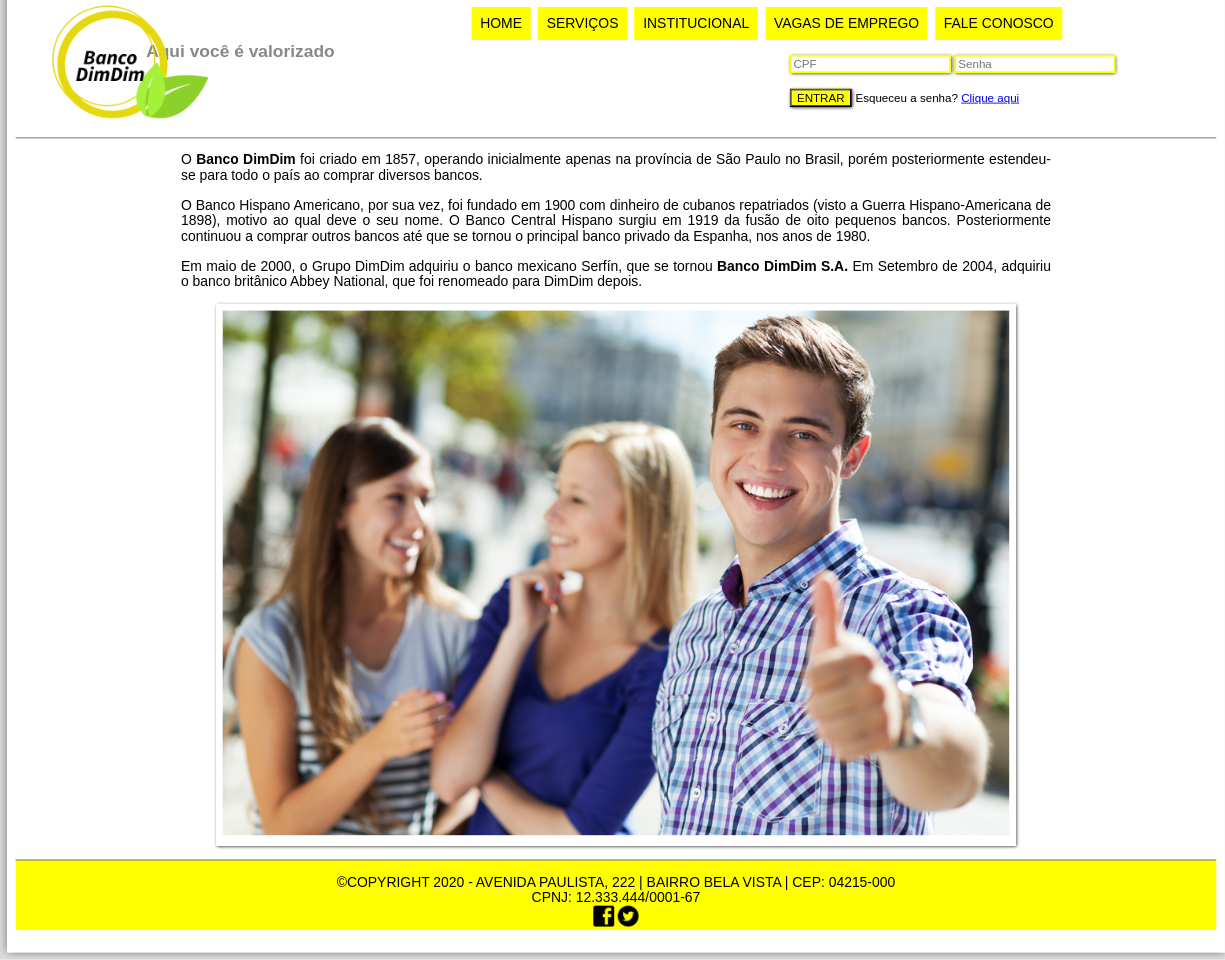
Repository: marceloShibuya/DevOps
Page: http://localhost/Nac_DevOPS/
The author's editor kept a copy of each file at every save. The page is drawn from the files as they stood at one save, then again after the next save.
The browser window is 1280 px wide. The page is 1408 px wide, so the pictures cover 1408 px, including what lies to the right of the window. The pictures show the whole page, at 87% of full size.
Some web fonts or font styles are not loaded; a fallback is used. The page is served by Tomcat 9.

Above is the page before, as saved 2020-02-24 21:39:24.

After the next save:
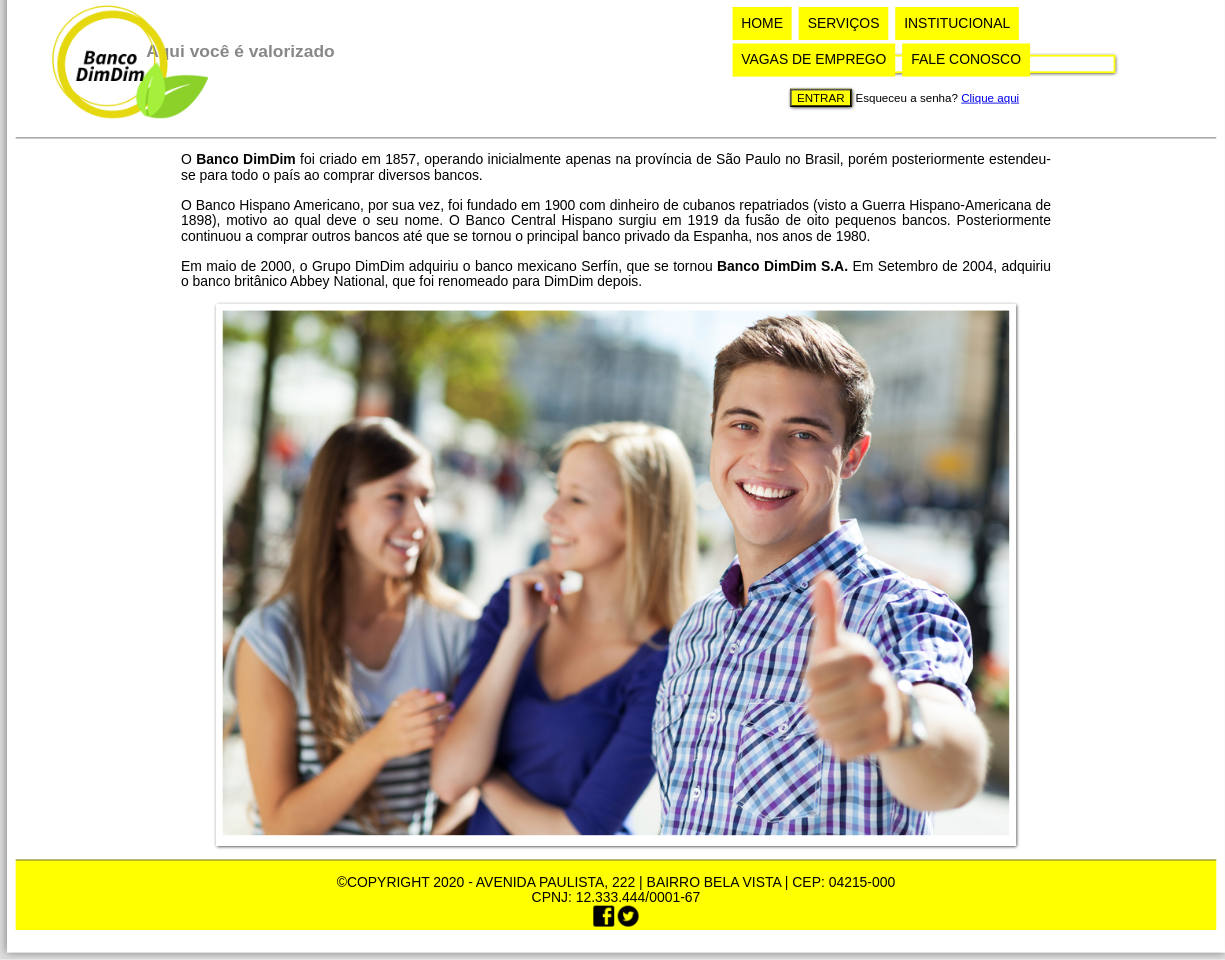
Saved 5 s later.
--- a/Nac_DevOPS/WebContent/_css/estilo.css
+++ b/Nac_DevOPS/WebContent/_css/estilo.css
@@ -92,7 +92,7 @@ nav#menu ul{
 	text-transform: uppercase;
 	position: absolute;
 	top: -10px;
-	left:500px;
+	left:800px;
 }
 
 nav#menu li{
